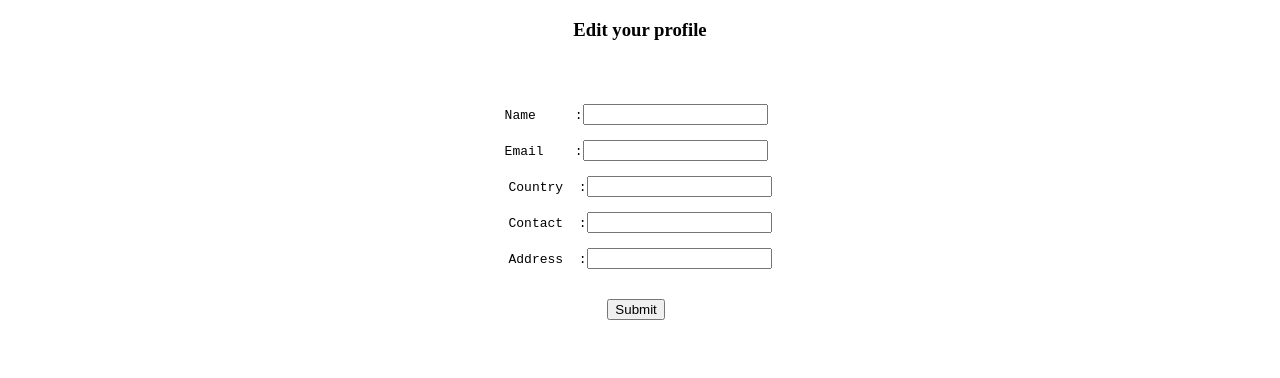
Repository: touhid-jisan/jsp-jdbc-servlet
Page: http://localhost/crud-full-practice/home
The author's editor kept a copy of each file at every save. The page is drawn from the files as they stood at one save, then again after the next save.
The browser window is 1280 px wide. The pictures show the whole page.
The page is served by Tomcat 9.

Above is the page before, as saved 2019-12-29 04:42:58.

After the next save:
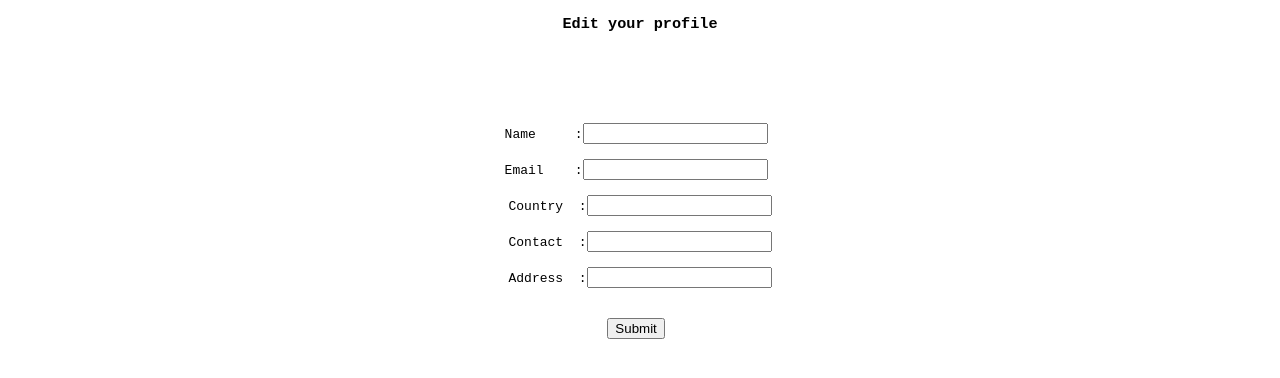
Saved 106 s later.
--- a/crud-full-practice/WebContent/edit-view.jsp
+++ b/crud-full-practice/WebContent/edit-view.jsp
@@ -13,8 +13,9 @@
 
 <body>
 <div align="center">
+<pre>
 <h3>Edit your profile</h3>
-<pre>
+
 <form  action="HomeServlet?action=update" method="post">
 <input type="hidden" value="${user.getId()}" name="id"><br>
 Name     :<input type="text" placeholder='${user.getName() }' name="name"> <br>

After the save that followed:
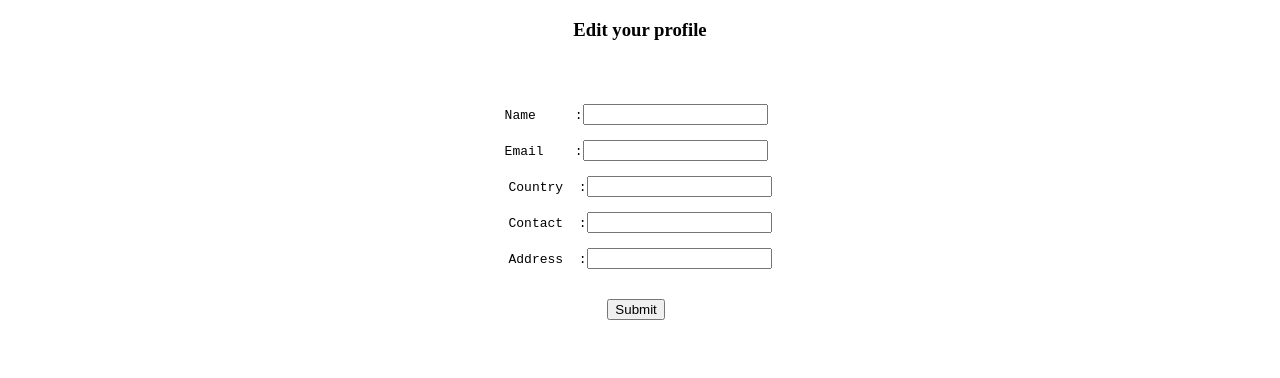
Saved 16 s later.
--- a/crud-full-practice/WebContent/edit-view.jsp
+++ b/crud-full-practice/WebContent/edit-view.jsp
@@ -13,12 +13,11 @@
 
 <body>
 <div align="center">
+<h3>Edit your profile</h3>
 <pre>
-<h3>Edit your profile</h3>
-
 <form  action="HomeServlet?action=update" method="post">
 <input type="hidden" value="${user.getId()}" name="id"><br>
-Name     :<input type="text" placeholder='${user.getName() }' name="name"> <br>
+Name     :<input type="text" value='${user.getName() }' name="name"> <br>
 Email    :<input type="text" value='${user.getEmail()}' name="email"> <br>
 Country  :<input type="text" value="${user.getCountry()}" name="country" ><br>
 Contact  :<input type="text" value="${user.getContact()}" name="contact"><br>
